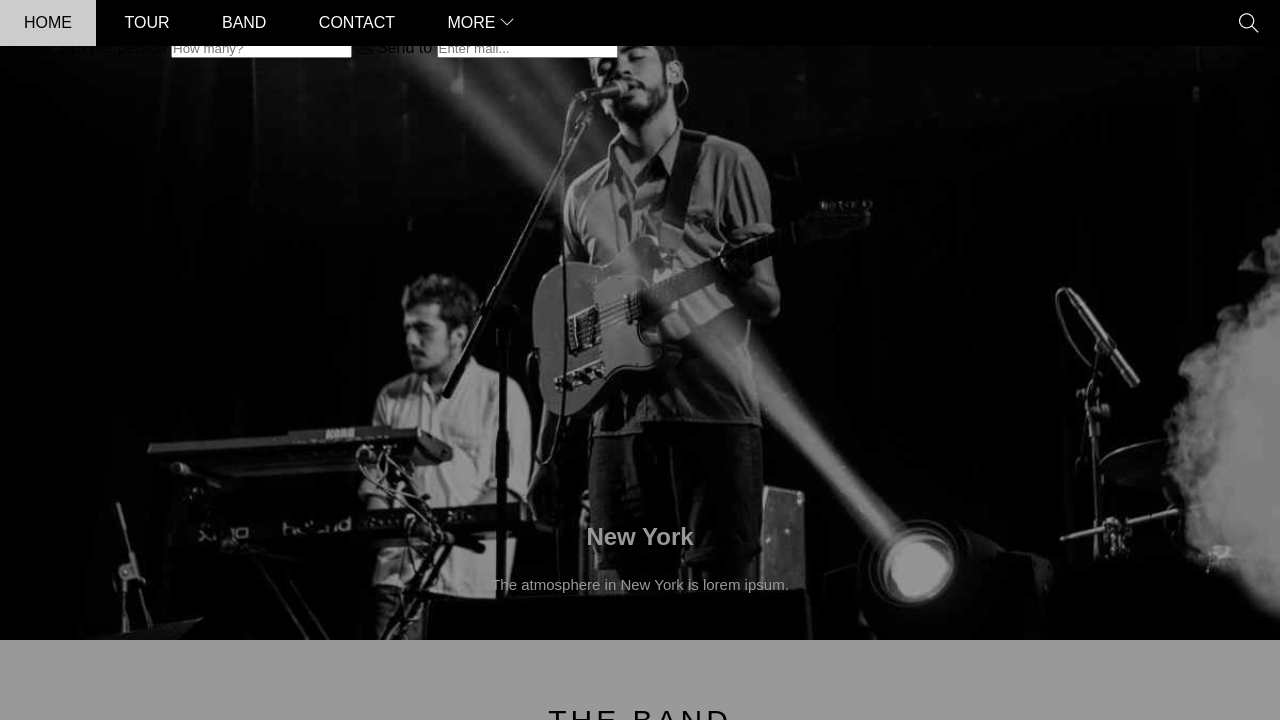
Repository: maivannhan1998/git-w3band
Page: index.html
The author's editor kept a copy of each file at every save. The page is drawn from the files as they stood at one save, then again after the next save.
The browser window is 1280 px wide. The pictures show the window.
A layer covers the whole window, so only the first screen is drawn.

Above is the page before, as saved 2021-09-06 09:36:18.

After the next save:
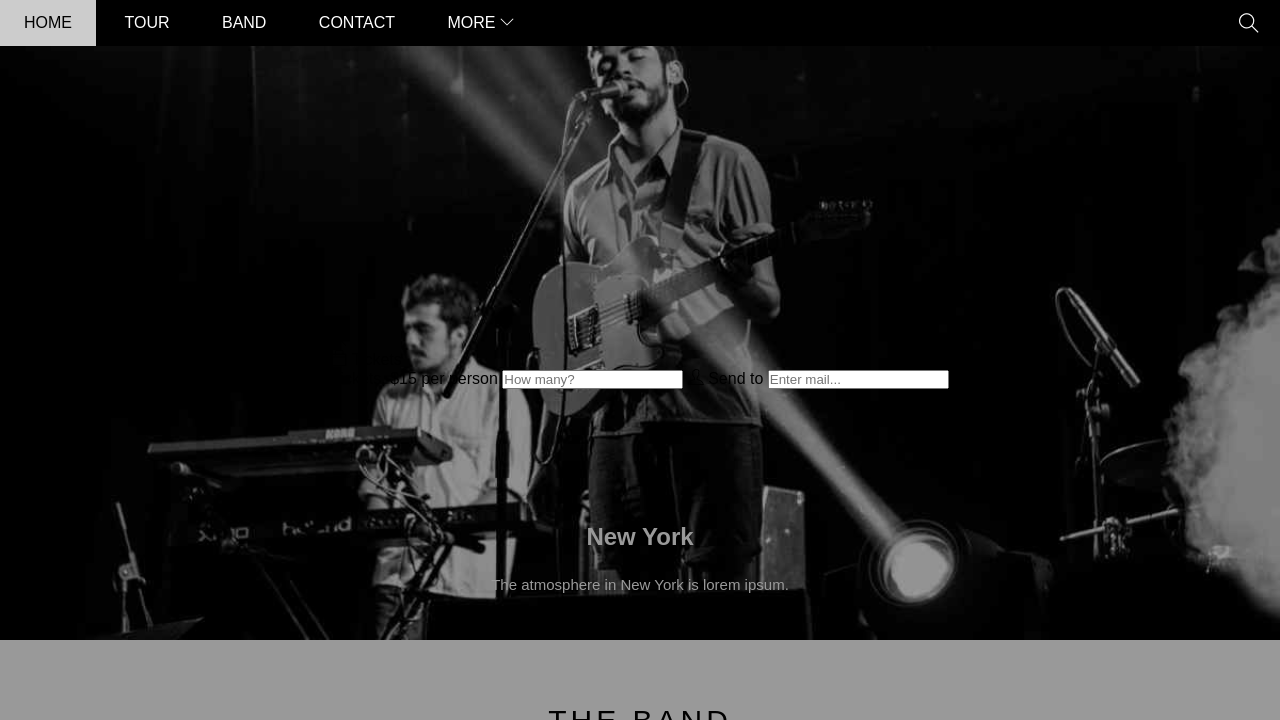
Saved 93 s later.
--- a/asset/css/style.css
+++ b/asset/css/style.css
@@ -392,8 +392,11 @@
     right: 0;
     bottom: 0;
     background-color: rgba(0, 0, 0, 0.4);
+    display: flex;
+    align-items: center;
+    justify-content: center;
 }
 
 .modal-container {
-    align-items: center;
-}
+    ;
+}
